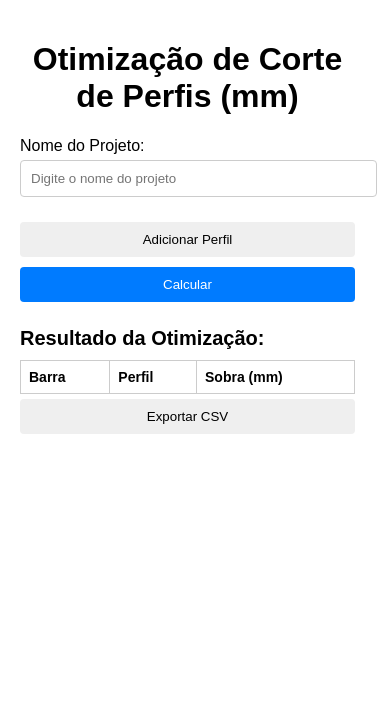
Repository: brianbebop/aqui
Page: index.html
The author's editor kept a copy of each file at every save. The page is drawn from the files as they stood at one save, then again after the next save.
The browser window is 375 px wide. The page is 377 px wide, then 375 px, so the pictures cover 377 px, including what lies to the right of the window. The pictures show the whole page.

Above is the page before, as saved 2025-03-20 22:06:50.

### index.html
<!DOCTYPE html>
<html>
<head>
    <title>Otimização de Corte de Perfis (mm)</title>
    <meta charset="UTF-8">
    <meta name="viewport" content="width=device-width, initial-scale=1.0">
    <link rel="stylesheet" href="style.css">
</head>
<body>
    <div class="container">
        <h1 class="page-title">Otimização de Corte de Perfis (mm)</h1>
        <div class="project-info">
            <label for="nomeProjeto" class="form-label">Nome do Projeto:</label>
            <input type="text" id="nomeProjeto" class="form-input" placeholder="Digite o nome do projeto">
        </div>
        <div id="perfis" class="perfis-container">
            </div>
        <div class="button-container">
            <button id="adicionarPerfil" class="btn btn-add-perfil">Adicionar Perfil</button>
            <button id="calcular" class="btn btn-calculate">Calcular</button>
        </div>
        <div id="resultado" class="result-container">
            <h2 class="result-title">Resultado da Otimização:</h2>
            <table id="resumoBarras" class="result-table">
                <thead>
                    <tr>
                        <th class="table-header">Barra</th>
                        <th class="table-header">Perfil</th>
                        <th class="table-header">Sobra (mm)</th>
                    </tr>
                </thead>
                <tbody>
                    </tbody>
            </table>
            <button id="exportarCSV" class="btn btn-export">Exportar CSV</button>
        </div>
    </div>
    <script src="script.js"></script>
</body>
</html>

### style.css
:root {
    --primary-color: #007bff;
    --background-color: #f4f4f4;
    --text-color: #333;
    --border-color: #ddd;
}
/* Estilos gerais */
body {
    font-family: sans-serif;
    margin: 0;
    padding: 20px;
}

.container {
    max-width: 800px;
    margin: 0 auto;
}

.page-title {
    text-align: center;
}

.project-info {
    margin-bottom: 20px;
}

.form-label {
    display: block;
    margin-bottom: 5px;
}

.form-input {
    width: 100%;
    padding: 10px;
    border: 1px solid #ccc;
    border-radius: 4px;
}

.perfis-container {
    margin-bottom: 20px;
}

.perfil {
    margin-bottom: 10px;
    display: flex;
    align-items: center;
}

.perfil label {
    margin-right: 10px;
}

.perfil input {
    flex-grow: 1;
    padding: 10px;
    border: 1px solid #ccc;
    border-radius: 4px;
}

.button-container {
    display: flex;
    justify-content: center;
    margin-bottom: 20px;
}

.btn {
    padding: 10px 20px;
    border: none;
    border-radius: 4px;
    cursor: pointer;
    margin: 0 10px;
}

.btn-calculate {
    background-color: #007bff;
    color: white;
}

.result-container {
    margin-top: 20px;
}

.result-title {
    font-size: 20px;
    margin-bottom: 10px;
}

.result-table {
    width: 100%;
    border-collapse: collapse;
}

.table-header,
.result-table td {
    border: 1px solid #ccc;
    padding: 8px;
    text-align: left;
}

/* Estilos responsivos */
@media (max-width: 600px) {
    .perfil {
        flex-direction: column;
        align-items: stretch;
    }

    .perfil label {
        margin-right: 0;
        margin-bottom: 5px;
    }

    .button-container {
        flex-direction: column;
        align-items: center;
    }

    .btn {
        margin: 5px 0;
        width: 100%;
    }

    .table-header,
    .result-table td {
        font-size: 14px;
    }
}

### script.js
const perfisDiv = document.getElementById('perfis');
const adicionarPerfilButton = document.getElementById('adicionarPerfil');
const calcularButton = document.getElementById('calcular');
const resultadoDiv = document.getElementById('resultado');
const resumoBarrasTabela = document.getElementById('resumoBarras').getElementsByTagName('tbody')[0];
const nomeProjetoInput = document.getElementById('nomeProjeto');
const exportarCSVButton = document.getElementById('exportarCSV');

let perfis = [];
let contadorPerfil = 0;

function calcularOtimizacao() {
    const tamanhoBarra = 6000;
    const perfisComTamanho = perfis
        .filter(perfil => perfil.input.value !== '') // Ignora perfis com valor vazio
        .map(perfil => ({
            id: perfil.id,
            tamanho: parseInt(perfil.input.value)
        }));

    // Função para encontrar a melhor combinação de perfis para uma barra
    function encontrarMelhorCombinacao(perfisRestantes, espacoLivre) {
        let melhorCombinacao = { perfis: [], sobra: espacoLivre };

        function combinar(combinacaoAtual, sobraAtual, indiceAtual) {
            if (sobraAtual < melhorCombinacao.sobra) {
                melhorCombinacao = { perfis: combinacaoAtual, sobra: sobraAtual };
            }

            if (indiceAtual < perfisRestantes.length) {
                const perfilAtual = perfisRestantes[indiceAtual];
                if (sobraAtual >= perfilAtual.tamanho) {
                    combinar(
                        [...combinacaoAtual, perfilAtual],
                        sobraAtual - perfilAtual.tamanho,
                        indiceAtual + 1
                    );
                }
                combinar(combinacaoAtual, sobraAtual, indiceAtual + 1);
            }
        }

        combinar([], espacoLivre, 0);
        return melhorCombinacao;
    }

    // Algoritmo de otimização
    const barras = [];
    let perfisRestantes = [...perfisComTamanho];
    while (perfisRestantes.length > 0) {
        const perfilAtual = perfisRestantes[0];
        if (perfilAtual.tamanho > tamanhoBarra) {
            // Divide o perfil em múltiplas barras
            const quantidadeBarras = Math.ceil(perfilAtual.tamanho / tamanhoBarra);
            for (let i = 0; i < quantidadeBarras; i++) {
                const tamanhoBarraAtual = Math.min(tamanhoBarra, perfilAtual.tamanho - i * tamanhoBarra);
                const barraAtual = { perfis: [{ ...perfilAtual, tamanho: tamanhoBarraAtual }], espacoLivre: tamanhoBarra - tamanhoBarraAtual };
                barras.push(barraAtual);

                // Tenta otimizar o espaço restante na barra atual
                if (barraAtual.espacoLivre > 0) {
                    const melhorCombinacao = encontrarMelhorCombinacao(perfisRestantes.filter(p => p !== perfilAtual), barraAtual.espacoLivre);
                    if (melhorCombinacao.perfis.length > 0) {
                        barraAtual.perfis = [...barraAtual.perfis, ...melhorCombinacao.perfis];
                        barraAtual.espacoLivre = melhorCombinacao.sobra;
                    }
                }
            }
            perfisRestantes.shift(); // Remove o perfil dividido
        } else {
            // Encontra a melhor combinação para a barra
            const melhorCombinacao = encontrarMelhorCombinacao(perfisRestantes, tamanhoBarra);
            barras.push({ perfis: melhorCombinacao.perfis, espacoLivre: melhorCombinacao.sobra });
            perfisRestantes = perfisRestantes.filter(
                perfil => !melhorCombinacao.perfis.includes(perfil)
            );
        }
    }

    // Exibe o resultado na tabela
    resumoBarrasTabela.innerHTML = ''; // Limpa a tabela
    barras.forEach((barra, index) => {
        const novaLinha = resumoBarrasTabela.insertRow();
        const colunaBarra = novaLinha.insertCell(0);
        const colunaPerfis = novaLinha.insertCell(1);
        const colunaSobra = novaLinha.insertCell(2);

        colunaBarra.textContent = `Barra ${index + 1}`;
        colunaPerfis.textContent = barra.perfis.map(perfil => `${perfil.id} (${perfil.tamanho}mm)`).join(', ');
        colunaSobra.textContent = `${barra.espacoLivre} mm`;
    });

    // Exibe o nome do projeto
    const nomeProjeto = nomeProjetoInput.value;
    if (nomeProjeto) {
        document.querySelector('h1').textContent = `Otimização de Corte de Perfis (mm) - ${nomeProjeto}`;
    } else {
        document.querySelector('h1').textContent = `Otimização de Corte de Perfis (mm)`;
    }
}

adicionarPerfilButton.addEventListener('click', () => {
    const perfilId = String.fromCharCode(65 + contadorPerfil);
    const perfilDiv = document.createElement('div');
    perfilDiv.classList.add('perfil');
    perfilDiv.innerHTML = `
        <label for="perfil-${perfilId}">Perfil ${perfilId} (mm):</label>
        <input type="number" id="perfil-${perfilId}" placeholder="Tamanho (mm)">
        <button class="remover-perfil">Remover</button>
    `;
    perfisDiv.appendChild(perfilDiv);
    perfis.push({ id: perfilId, input: perfilDiv.querySelector('input') });
    contadorPerfil++;

    // Adiciona o evento de clique para o botão "Remover"
    const removerButton = perfilDiv.querySelector('.remover-perfil');
    removerButton.addEventListener('click', () => {
        perfis = perfis.filter(perfil => perfil.id !== perfilId);
        perfilDiv.remove();
        calcularOtimizacao(); // Recalcula automaticamente após remover o perfil
    });
});

calcularButton.addEventListener('click', () => {
    calcularOtimizacao();
});



exportarCSVButton.addEventListener('click', () => {
    const nomeProjeto = nomeProjetoInput.value || 'Otimizacao_Corte_Perfis';
    const nomeArquivo = `${nomeProjeto}.csv`;

    let csvContent = 'Barra,Perfis,Sobra (mm)\r\n'; // Cabeçalho CSV
    const linhasTabela = resumoBarrasTabela.rows;
    for (let i = 0; i < linhasTabela.length; i++) {
        const linha = linhasTabela[i];
        const colunas = linha.cells;
        const linhaCSV = `${colunas[0].textContent},"${colunas[1].textContent}",${colunas[2].textContent}\r\n`;
        csvContent += linhaCSV;
    }

    const blob = new Blob([csvContent], { type: 'text/csv;charset=utf-8;' });
    const link = document.createElement('a');
    if (navigator.msSaveBlob) { // IE 10+
        navigator.msSaveBlob(blob, nomeArquivo);
    } else {
        const url = URL.createObjectURL(blob);
        link.href = url;
        link.setAttribute('download', nomeArquivo);
        link.style.visibility = 'hidden';
        document.body.appendChild(link);
        link.click();
        document.body.removeChild(link);
    }
});

After the next save:
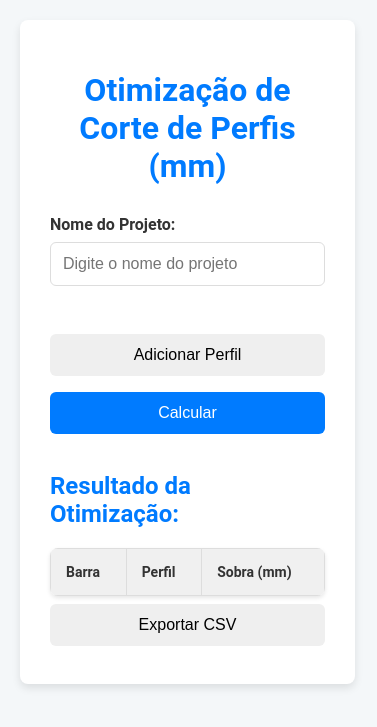
Saved 3 min 24 s later.
--- a/style.css
+++ b/style.css
@@ -6,69 +6,88 @@
 }
 /* Estilos gerais */
 body {
-    font-family: sans-serif;
+    font-family: 'Roboto', sans-serif;
     margin: 0;
     padding: 20px;
+    background-color: #f4f7f9;
+    color: #333;
 }
 
 .container {
     max-width: 800px;
     margin: 0 auto;
+    background-color: white;
+    padding: 30px;
+    border-radius: 8px;
+    box-shadow: 0 4px 8px rgba(0, 0, 0, 0.1);
 }
 
 .page-title {
     text-align: center;
+    color: #007bff;
+    margin-bottom: 30px;
 }
 
 .project-info {
-    margin-bottom: 20px;
+    margin-bottom: 25px;
 }
 
 .form-label {
     display: block;
-    margin-bottom: 5px;
+    margin-bottom: 8px;
+    font-weight: 600;
 }
 
 .form-input {
     width: 100%;
-    padding: 10px;
-    border: 1px solid #ccc;
-    border-radius: 4px;
+    padding: 12px;
+    border: 1px solid #ddd;
+    border-radius: 6px;
+    margin-bottom: 15px;
+    box-sizing: border-box;
+    font-size: 16px;
 }
 
 .perfis-container {
-    margin-bottom: 20px;
+    margin-bottom: 25px;
 }
 
 .perfil {
-    margin-bottom: 10px;
+    margin-bottom: 15px;
     display: flex;
     align-items: center;
+    background-color: #f9f9f9;
+    padding: 15px;
+    border-radius: 6px;
 }
 
 .perfil label {
-    margin-right: 10px;
+    margin-right: 15px;
+    font-weight: 600;
 }
 
 .perfil input {
     flex-grow: 1;
-    padding: 10px;
-    border: 1px solid #ccc;
-    border-radius: 4px;
+    padding: 12px;
+    border: 1px solid #ddd;
+    border-radius: 6px;
+    font-size: 16px;
 }
 
 .button-container {
     display: flex;
     justify-content: center;
-    margin-bottom: 20px;
+    margin-bottom: 30px;
 }
 
 .btn {
-    padding: 10px 20px;
+    padding: 12px 25px;
     border: none;
-    border-radius: 4px;
+    border-radius: 6px;
     cursor: pointer;
-    margin: 0 10px;
+    margin: 0 15px;
+    font-size: 16px;
+    transition: background-color 0.3s ease;
 }
 
 .btn-calculate {
@@ -76,25 +95,38 @@ body {
     color: white;
 }
 
+.btn-calculate:hover {
+    background-color: #0056b3;
+}
+
 .result-container {
-    margin-top: 20px;
+    margin-top: 30px;
 }
 
 .result-title {
-    font-size: 20px;
-    margin-bottom: 10px;
+    font-size: 24px;
+    margin-bottom: 20px;
+    color: #007bff;
 }
 
 .result-table {
     width: 100%;
     border-collapse: collapse;
+    border-radius: 8px;
+    overflow: hidden;
+    box-shadow: 0 2px 4px rgba(0, 0, 0, 0.1);
 }
 
 .table-header,
 .result-table td {
-    border: 1px solid #ccc;
-    padding: 8px;
+    border: 1px solid #ddd;
+    padding: 15px;
     text-align: left;
+}
+
+.table-header {
+    background-color: #f0f0f0;
+    font-weight: 600;
 }
 
 /* Estilos responsivos */
@@ -106,7 +138,7 @@ body {
 
     .perfil label {
         margin-right: 0;
-        margin-bottom: 5px;
+        margin-bottom: 8px;
     }
 
     .button-container {
@@ -115,7 +147,7 @@ body {
     }
 
     .btn {
-        margin: 5px 0;
+        margin: 8px 0;
         width: 100%;
     }
 
